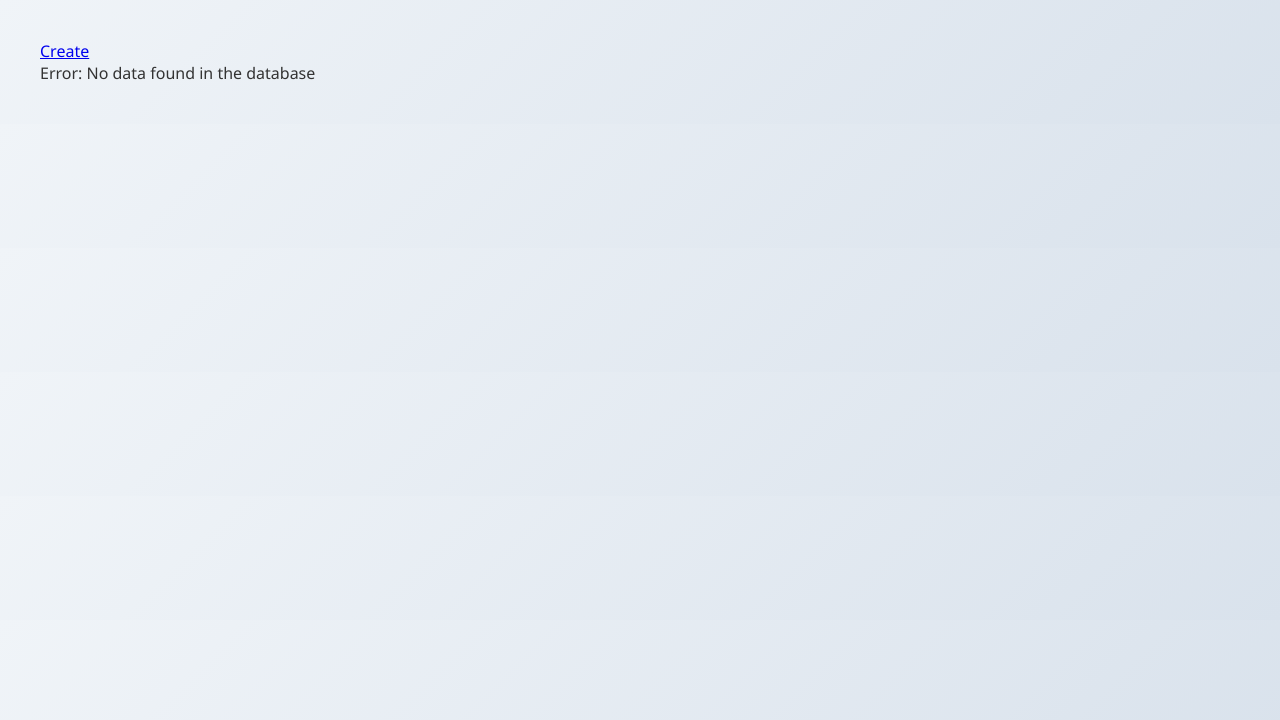
Repository: Ibrahimalrkaby/CRUD
Page: http://localhost/
An editor plug-in stored every save of this project. The page is shown before and after the next save, followed by the edit.
The browser window is 1280 px wide. The pictures show the whole page.
The page is run by PHP 8.4 with error messages shown; the project is at /var/www/html/. Queries for data that is not in the repository find no rows.

Above is the page before, as saved 2025-07-01 04:11:32.

### index.php
<?php
include "req/read.php";
include "db_conn.php";
$users = read($conn);

?>
<!DOCTYPE html>
<html lang="en">

<head>
    <meta charset="UTF-8">
    <meta name="viewport" content="width=device-width, initial-scale=1.0">
    <title>PHP_crud</title>
    <link rel="stylesheet" type="text/css" href="style.css">
</head>

<body>
    <a href="create.php">Create</a>
    <?php if (isset($_GET['success'])) { ?>
        <p class="success"><?= htmlspecialchars($_GET['success']) ?></p>
    <?php } ?>
    <?php if ($users != 0) { ?>
        <table>
            <tr>
                <td>Id</td>
                <td>First Name</td>
                <td>Last Name</td>
                <td>Email</td>
                <td>Action</td>
            </tr>
            <?php
            foreach ($users as $user) { ?>


                <tr>
                    <td><?= $user['id'] ?></td>
                    <td><?= $user['first_name'] ?></td>
                    <td><?= $user['last_name'] ?></td>
                    <td><?= $user['email'] ?></td>
                    <td>
                        <a href="update.php?id=<?= $user['id'] ?>">Update</a>
                        <a href="req/delete.php?id=<?= $user['id'] ?>">Delete</a>
                    </td>
                </tr>


            <?php } ?>
        </table>

    <?php } else { ?>
        <p class="error">Error: No data found in the database</p>

    <?php } ?>
</body>

</html>

### req/read.php
<?php



function read($conn)
{
    $sql = "SELECT * FROM users";

    $stmt = $conn->prepare($sql);
    $stmt->execute([]);

    if ($stmt->rowCount() > 0) {
        $users = $stmt->fetchAll();
    } else $users = 0;

    return $users;
}

function readById($conn, $id)
{
    $sql = "SELECT * FROM users WHERE id=?";

    $stmt = $conn->prepare($sql);
    $stmt->execute([$id]);

    if ($stmt->rowCount() > 0) {
        $user = $stmt->fetch();
    } else $user = 0;

    return $user;
}

### db_conn.php
<?php

$ServerName = "localhost";
$UserName = "root";
$password = "";

$db_name = "crud_app";

try {
    $conn = new PDO(
        "mysql:host=$ServerName;dbname=$db_name",
        $UserName,
        $password
    );

    $conn->setAttribute(PDO::ATTR_ERRMODE, PDO::ERRMODE_EXCEPTION);
} catch (PDOException $e) {
    echo "Connection Failed: " . $e->getMessage();
}

### style.css
/* Reset */
* {
  margin: 0;
  padding: 0;
  box-sizing: border-box;
}

body {
  font-family: "Segoe UI", Tahoma, Geneva, Verdana, sans-serif;
  background: linear-gradient(135deg, #f0f4f8, #d9e2ec);
  color: #333;
  padding: 40px;
}

/* Titles */
h2 {
  text-align: center;
  margin-bottom: 30px;
  color: #2c3e50;
}

/* Button */
a.btn,
button.btn {
  background-color: #4caf50;
  color: white;
  padding: 10px 18px;
  text-decoration: none;
  border-radius: 6px;
  border: none;
  font-size: 15px;
  cursor: pointer;
  transition: 0.3s;
}

a.btn:hover,
button.btn:hover {
  background-color: #45a049;
}

/* Table */
table {
  width: 100%;
  border-collapse: collapse;
  background: white;
  box-shadow: 0 2px 8px rgba(0, 0, 0, 0.1);
  border-radius: 6px;
  overflow: hidden;
}

table th,
table td {
  padding: 15px;
  border: 1px solid #eee;
  text-align: center;
}

table th {
  background-color: #2c3e50;
  color: white;
}

table tr:nth-child(even) {
  background-color: #f8f8f8;
}

/* Links */
a.edit {
  background-color: #3498db;
  padding: 7px 14px;
  color: white;
  border-radius: 5px;
  text-decoration: none;
  transition: 0.2s;
}

a.edit:hover {
  background-color: #2980b9;
}

a.delete {
  background-color: #e74c3c;
  padding: 7px 14px;
  color: white;
  border-radius: 5px;
  text-decoration: none;
  margin-left: 5px;
  transition: 0.2s;
}

a.delete:hover {
  background-color: #c0392b;
}

/* Form */
form {
  max-width: 400px;
  margin: auto;
  background: white;
  padding: 30px;
  border-radius: 8px;
  box-shadow: 0 2px 12px rgba(0, 0, 0, 0.1);
}

form input[type="text"],
form input[type="email"],
form button {
  width: 100%;
  padding: 12px;
  margin-top: 15px;
  margin-bottom: 10px;
  border: 1px solid #ccc;
  border-radius: 6px;
}

form button {
  background-color: #2c3e50;
  color: white;
  font-size: 16px;
}

form button:hover {
  background-color: #1a252f;
}

/* Back Link */
.back-link {
  display: block;
  text-align: center;
  margin-top: 20px;
  color: #2c3e50;
  text-decoration: none;
}

.back-link:hover {
  text-decoration: underline;
}

After the next save:
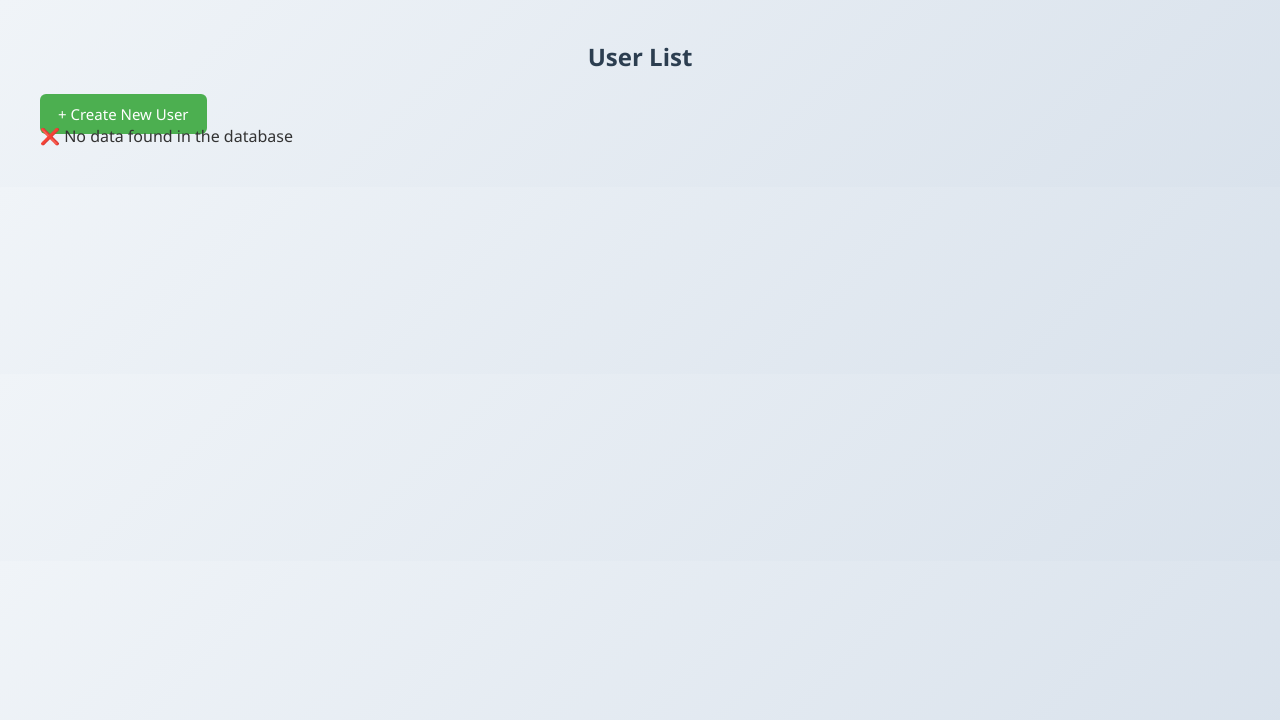
Saved 110 s later.
--- a/index.php
+++ b/index.php
@@ -2,7 +2,6 @@
 include "req/read.php";
 include "db_conn.php";
 $users = read($conn);
-
 ?>
 <!DOCTYPE html>
 <html lang="en">
@@ -15,41 +14,37 @@ $users = read($conn);
 </head>
 
 <body>
-    <a href="create.php">Create</a>
+    <h2>User List</h2>
+    <a href="create.php" class="btn">+ Create New User</a>
+
     <?php if (isset($_GET['success'])) { ?>
         <p class="success"><?= htmlspecialchars($_GET['success']) ?></p>
     <?php } ?>
+
     <?php if ($users != 0) { ?>
         <table>
             <tr>
-                <td>Id</td>
-                <td>First Name</td>
-                <td>Last Name</td>
-                <td>Email</td>
-                <td>Action</td>
+                <th>Id</th>
+                <th>First Name</th>
+                <th>Last Name</th>
+                <th>Email</th>
+                <th>Action</th>
             </tr>
-            <?php
-            foreach ($users as $user) { ?>
-
-
+            <?php foreach ($users as $user) { ?>
                 <tr>
                     <td><?= $user['id'] ?></td>
-                    <td><?= $user['first_name'] ?></td>
-                    <td><?= $user['last_name'] ?></td>
-                    <td><?= $user['email'] ?></td>
+                    <td><?= htmlspecialchars($user['first_name']) ?></td>
+                    <td><?= htmlspecialchars($user['last_name']) ?></td>
+                    <td><?= htmlspecialchars($user['email']) ?></td>
                     <td>
-                        <a href="update.php?id=<?= $user['id'] ?>">Update</a>
-                        <a href="req/delete.php?id=<?= $user['id'] ?>">Delete</a>
+                        <a href="update.php?id=<?= $user['id'] ?>" class="edit">Edit</a>
+                        <a href="req/delete.php?id=<?= $user['id'] ?>" class="delete" onclick="return confirm('Are you sure you want to delete this user?')">Delete</a>
                     </td>
                 </tr>
-
-
             <?php } ?>
         </table>
-
     <?php } else { ?>
-        <p class="error">Error: No data found in the database</p>
-
+        <p class="error">❌ No data found in the database</p>
     <?php } ?>
 </body>
 
